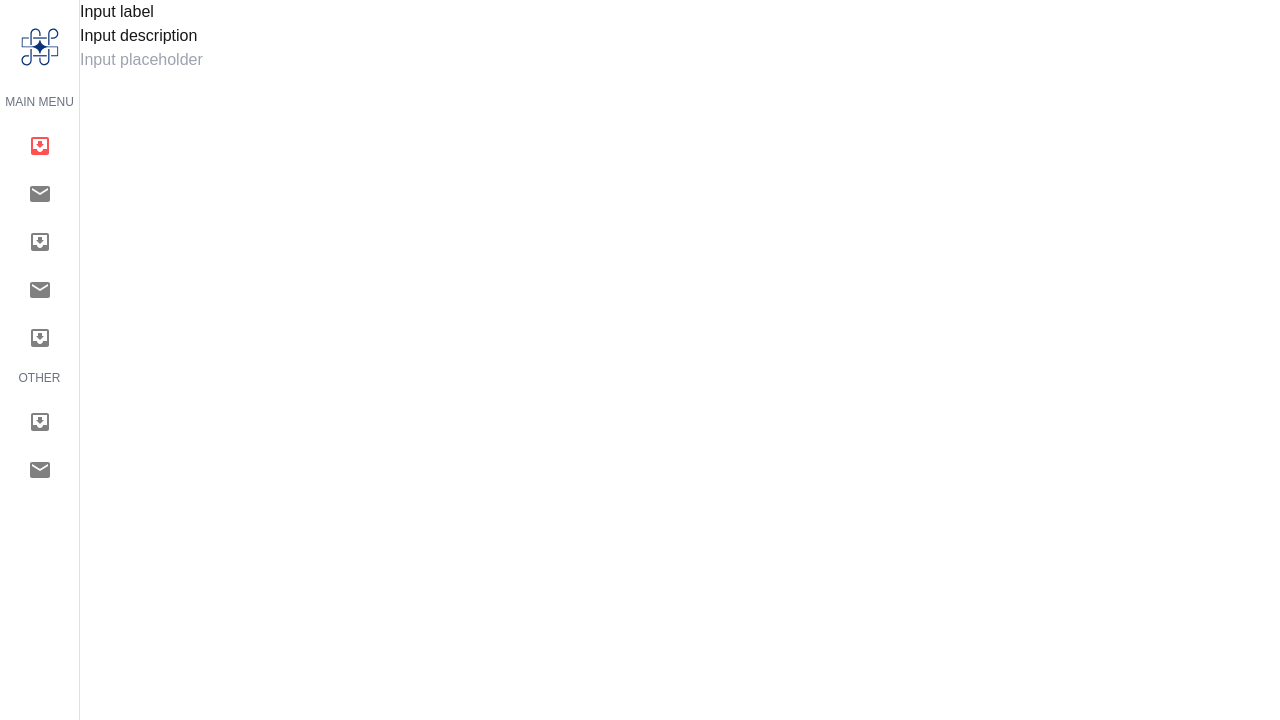
Repository: SatyaDewangan05/sample-dashboard
Page: /
An editor plug-in stored every save of this project. The page is shown before and after the next save, followed by the edit.
The browser window is 1280 px wide. The pictures show the whole page.
The project was rebuilt for these pictures with package versions that can differ from the ones it lists, and the page was loaded fresh each time. The framework's server and built-in components were replaced by stand-ins that run in the browser. Also part of the build but not shown: next.config.mjs.

Above is the page before, as saved 2024-09-20 22:23:58.

### src/app/layout.js
import localFont from "next/font/local";
import "./globals.css";
import { MantineProvider } from "@mantine/core";

const geistSans = localFont({
  src: "./fonts/GeistVF.woff",
  variable: "--font-geist-sans",
  weight: "100 900",
});
const geistMono = localFont({
  src: "./fonts/GeistMonoVF.woff",
  variable: "--font-geist-mono",
  weight: "100 900",
});

export const metadata = {
  title: "Create Next App",
  description: "Generated by create next app",
};

export default function RootLayout({ children }) {
  return (
    <html lang="en">
      <body
        className={`${geistSans.variable} ${geistMono.variable} antialiased`}
      >
        <MantineProvider>{children}</MantineProvider>
      </body>
    </html>
  );
}

### src/app/page.jsx
import Image from "next/image";
import MiniDrawer from "./components/Drawer";
import { TextInput } from "@mantine/core";

export default function Home() {
  return (
    <div className="flex">
      <MiniDrawer />
      <div>
        <TextInput
          label="Input label"
          description="Input description"
          placeholder="Input placeholder"
        />
      </div>
    </div>
  );
}

### src/app/components/Drawer.jsx
"use client";

import { styled } from "@mui/material/styles";
import MuiDrawer from "@mui/material/Drawer";
import List from "@mui/material/List";
import IconButton from "@mui/material/IconButton";
import MenuIcon from "@mui/icons-material/Menu";

import ListItem from "@mui/material/ListItem";
import ListItemButton from "@mui/material/ListItemButton";
import ListItemIcon from "@mui/material/ListItemIcon";
import ListItemText from "@mui/material/ListItemText";
import InboxIcon from "@mui/icons-material/MoveToInbox";
import MailIcon from "@mui/icons-material/Mail";
import { useState } from "react";
import Image from "next/image";

import Logo from "@/images/logo.svg";
import LogoWithName from "@/images/logo_with_name.png";

const drawerWidth = 220;

const openedMixin = (theme) => ({
  width: drawerWidth,
  transition: theme.transitions.create("width", {
    easing: theme.transitions.easing.sharp,
    duration: theme.transitions.duration.enteringScreen,
  }),
  overflowX: "hidden",
});

const closedMixin = (theme) => ({
  transition: theme.transitions.create("width", {
    easing: theme.transitions.easing.sharp,
    duration: theme.transitions.duration.leavingScreen,
  }),
  overflowX: "hidden",
  width: "80px",
  [theme.breakpoints.up("sm")]: {
    width: "80px",
  },
});

const DrawerHeader = styled("div")(({ theme }) => ({
  display: "flex",
  alignItems: "center",
  justifyContent: "center",
  padding: "20px",
  // necessary for content to be below app bar
  ...theme.mixins.toolbar,
}));

const Drawer = styled(MuiDrawer, {
  shouldForwardProp: (prop) => prop !== "open",
})(({ theme }) => ({
  width: drawerWidth,
  flexShrink: 0,
  whiteSpace: "nowrap",
  boxSizing: "border-box",
  variants: [
    {
      props: ({ open }) => open,
      style: {
        ...openedMixin(theme),
        "& .MuiDrawer-paper": openedMixin(theme),
      },
    },
    {
      props: ({ open }) => !open,
      style: {
        ...closedMixin(theme),
        "& .MuiDrawer-paper": closedMixin(theme),
      },
    },
  ],
}));

export default function MiniDrawer() {
  const [open, setOpen] = useState(false);

  const [active, setActive] = useState("Dashboard");

  return (
    <Drawer variant="permanent" open={open}>
      <DrawerHeader>
        <IconButton onClick={() => setOpen((prevState) => !prevState)}>
          {open ? (
            <Image src={LogoWithName} alt="Images" />
          ) : (
            <Image className="mx-auto" src={Logo} alt="Images" />
          )}
        </IconButton>
      </DrawerHeader>
      <p
        className={`h-5 uppercase text-xs  text-gray-500 ${
          open ? "pl-5" : "text-center"
        }`}
      >
        Main Menu
      </p>
      <List>
        {["Dashboard", "Recruitment", "Schedule", "Employee", "Department"].map(
          (text, index) => (
            <ListItem key={text} disablePadding sx={{ display: "block" }}>
              <ListItemButton
                sx={[
                  {
                    minHeight: 48,
                    px: 2,
                    color: active === text ? "#FF5151" : "unset",
                  },
                  open
                    ? {
                        justifyContent: "initial",
                      }
                    : {
                        justifyContent: "center",
                      },
                ]}
                onClick={() => setActive(text)}
              >
                <ListItemIcon
                  sx={[
                    {
                      //   minWidth: 0,
                      justifyContent: "center",
                      color: active === text ? "#FF5151" : "gray",
                    },
                    open
                      ? {
                          mr: 2,
                        }
                      : {
                          mx: "auto",
                        },
                  ]}
                >
                  {index % 2 === 0 ? <InboxIcon /> : <MailIcon />}
                </ListItemIcon>
                <ListItemText
                  primary={text}
                  sx={[
                    open
                      ? {
                          opacity: 1,
                        }
                      : {
                          opacity: 0,
                        },
                  ]}
                />
              </ListItemButton>
            </ListItem>
          )
        )}
      </List>
      <p
        className={`h-5 uppercase text-xs text-gray-500 ${
          open ? " pl-5" : "text-center"
        }`}
      >
        Other
      </p>
      <List>
        {["Support", "Settings"].map((text, index) => (
          <ListItem key={text} disablePadding sx={{ display: "block" }}>
            <ListItemButton
              sx={[
                {
                  minHeight: 48,
                  px: 2,
                },
                open
                  ? {
                      justifyContent: "initial",
                    }
                  : {
                      justifyContent: "center",
                    },
              ]}
              onClick={() => setActive(text)}
            >
              <ListItemIcon
                sx={[
                  {
                    justifyContent: "center",
                    color: active === text ? "#FF5151" : "gray",
                  },
                  open
                    ? {
                        mr: 2,
                      }
                    : {
                        mx: "auto",
                      },
                ]}
              >
                {index % 2 === 0 ? <InboxIcon /> : <MailIcon />}
              </ListItemIcon>
              <ListItemText
                primary={text}
                sx={[
                  open
                    ? {
                        opacity: 1,
                      }
                    : {
                        opacity: 0,
                      },
                ]}
              />
            </ListItemButton>
          </ListItem>
        ))}
      </List>
    </Drawer>
  );
}

Loaded but not shown: src/app/globals.css (common file); tailwind.config.js (common file)

After the next save:
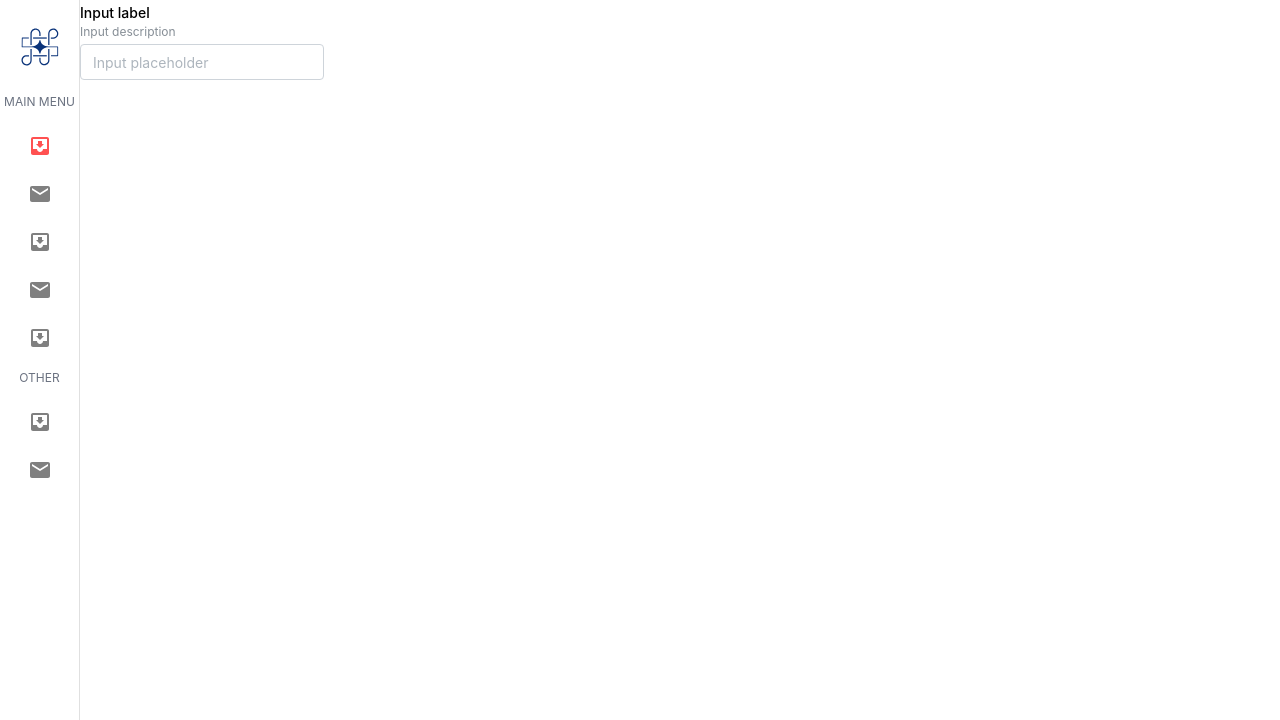
Saved 37 s later.
--- a/src/app/layout.js
+++ b/src/app/layout.js
@@ -1,6 +1,7 @@
 import localFont from "next/font/local";
 import "./globals.css";
 import { MantineProvider } from "@mantine/core";
+import "@mantine/core/styles.css";
 
 const geistSans = localFont({
   src: "./fonts/GeistVF.woff",
